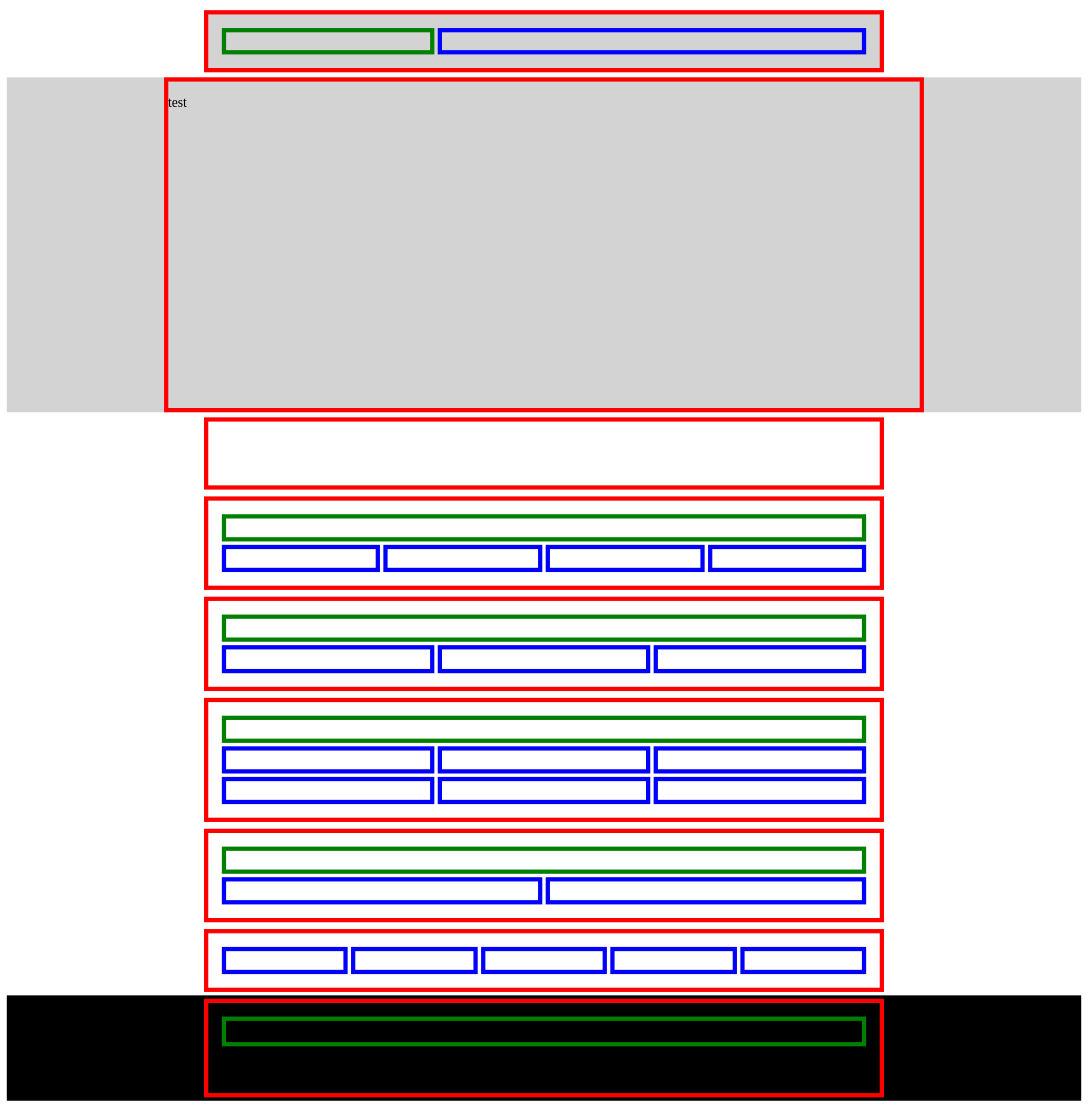
Repository: anderscederberg11/LAB2BG
Page: index.html
An editor plug-in stored every save of this project. The page is shown before and after the next save, followed by the edit.
The browser window is 1280 px wide. The pictures show the whole page, at 85% of full size.

Above is the page before, as saved 2024-02-01 21:33:18.

After the next save:
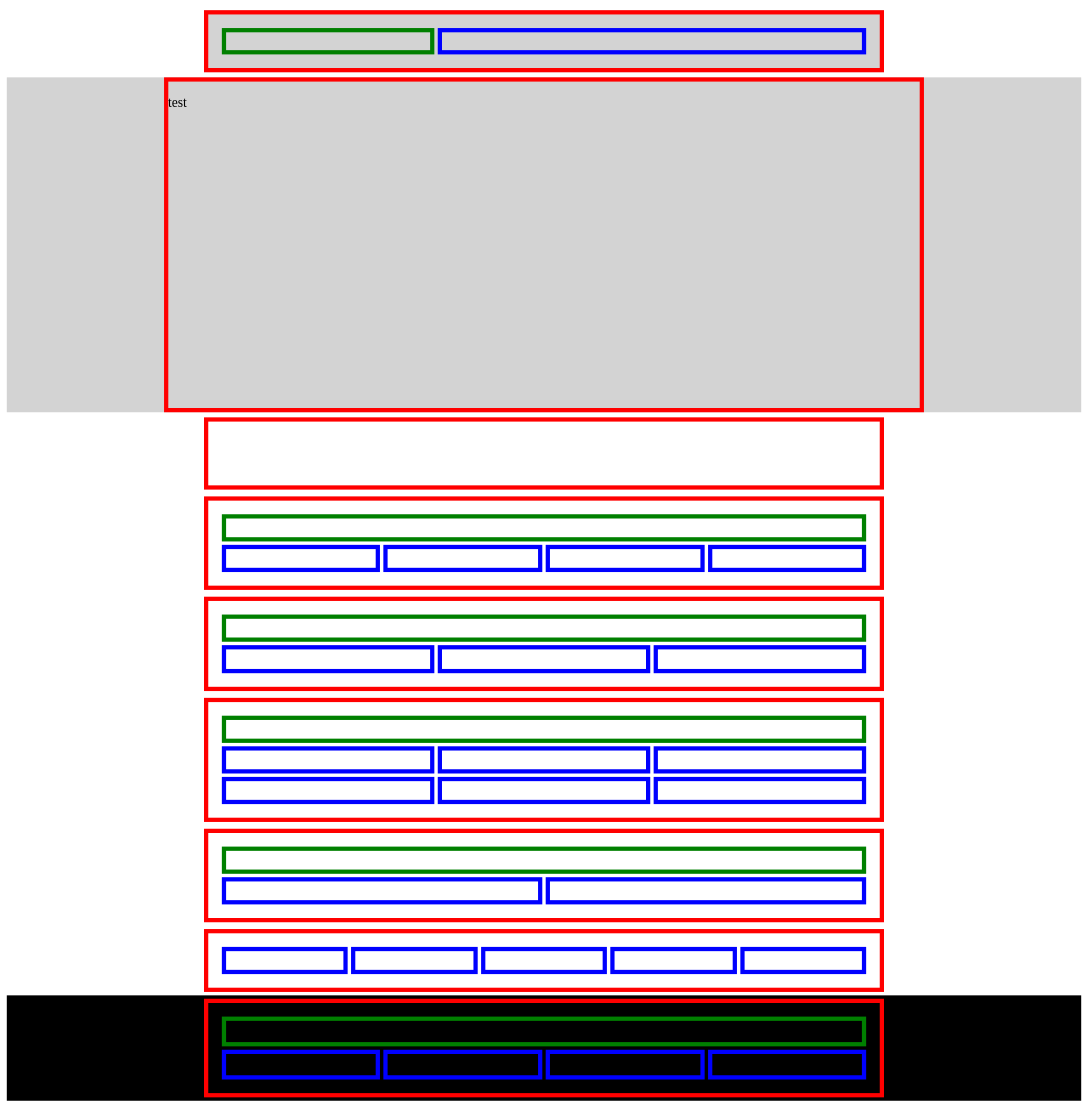
Saved 2 s later.
--- a/index.html
+++ b/index.html
@@ -94,10 +94,10 @@
         <footer class="footerContainer">
             <div class="sectionFooter">
                 <div class="footerInfo"><h6></h6></div>
-                <div class="footerInfoCard"><h4></h4></div>
-                <div class="footerInfoCard"><h4></h4></div>
-                <div class="footerInfoCard"><h4></h4></div>
-                <div class="footerInfoCard"><h4></h4></div>
+                <div class="footerInfoCard-1"><h4></h4></div>
+                <div class="footerInfoCard-2"><h4></h4></div>
+                <div class="footerInfoCard-3"><h4></h4></div>
+                <div class="footerInfoCard-4"><h4></h4></div>
             </div>
         </footer>
 
